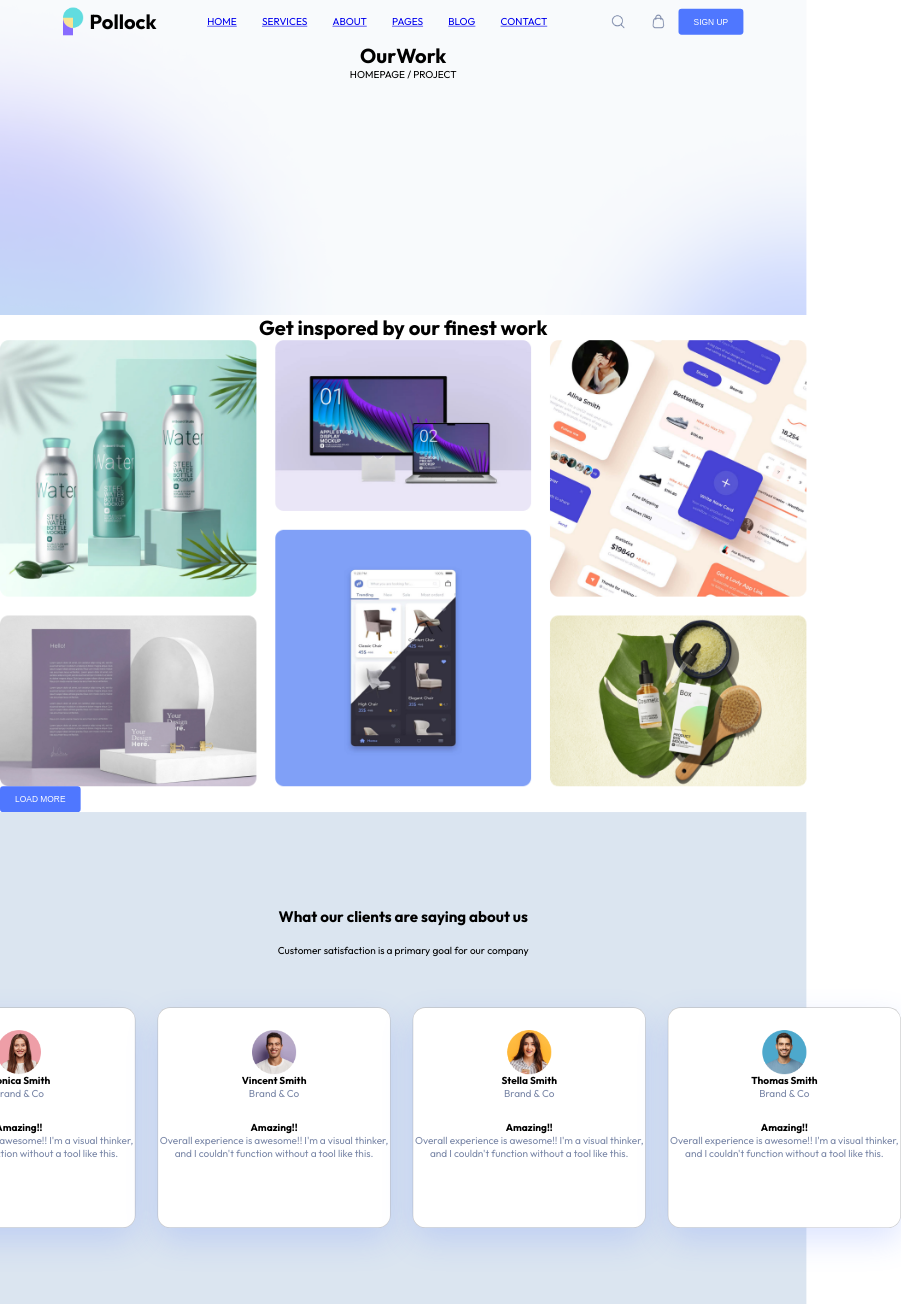
Repository: Nam936/exercises
Page: index.html
The author's editor kept a copy of each file at every save. The page is drawn from the files as they stood at one save, then again after the next save.
The browser window is 1280 px wide. The page is 1430 px wide, so the pictures cover 1430 px, including what lies to the right of the window. The pictures show the whole page, at 63% of full size.

Above is the page before, as saved 2022-12-30 14:41:51.

### index.html
<!DOCTYPE html>
<html lang="en">
<head>
    <meta charset="UTF-8">
    <meta http-equiv="X-UA-Compatible" content="IE=edge">
    <meta name="viewport" content="width=device-width, initial-scale=1.0">
    <title>Pollock</title>
    <link href="https://fonts.googleapis.com/css2?family=Outfit:wght@400;500;600;700&display=swap" rel="stylesheet">
    <link rel="stylesheet" href="style.css">
</head>
<body>
<div id="wrap">
    <div class="bg_header">
        <div class="container">
            <div class="header">
                <div class="menu_header">
                    <h1 class="logo">
                        <img src="/img/Frame_header.png" alt="logo">
                        <p class="txt_header">Pollock</p>
                    </h1>
                    <div class="lst_header">
                        <ul>
                            <li><a href="#">HOME</a></li>
                            <li><a href="#">SERVICES</a></li>
                            <li><a href="#">ABOUT</a></li>
                            <li><a href="#">PAGES</a></li>
                            <li><a href="#">BLOG</a></li>
                            <li><a href="#">CONTACT</a></li>
                        </ul>
                        </div>
                        <div class="icon_header">
                            <img class="search" src="/img/Iconex/Search_header.png" alt="">
                            <img class="cart" src="/img/Iconex/Bag_header.png" alt="">
                            <button>SIGN UP</button>
                        </div>
                    </div>
                </div>
                <div class="txt_ct">
                    <h1>OurWork</h1>
                    <p>HOMEPAGE / PROJECT</p>
                </div>
            </div>
        </div>
    </div>
    <div class="main">
        <div class="tit_main">
            <h1>Get inspored by our finest work</h1>
        </div>
            <div class="prod_main">
                <div class="prod_itm">
                    <img src="/img/main_img/1.png "alt="">
                    <img src="/img/main_img/2.png" alt="">
                </div>
                <div class="prod_itm">
                    <img src="/img/main_img/3.png" alt="">
                    <img src="/img/main_img/4.png" alt="">
                </div>
                <div class="prod_itm">
                    <img src="/img/main_img/5.png" alt="">
                    <img src="/img/main_img/6.png" alt="">
            </div>
        </div>
        <div class="button">
            <button>LOAD MORE</button>
        </div>



    <div class="member">
        <div class="head_mem">
            <div class="tit_mem">
                <h2>What our clients are saying about us</h2>
                <p>Customer satisfaction is a primary goal for our company</p>
            </div>
            <!-- <div class="scroll"></div> -->
        </div>
        <div class="slide">
            <div class="tag">
                <div class="tag_itm">
                    <div class="tag_avatar">
                        <div class="tag_cont">
                            <img src="/img/avatar/Avatar.png" alt="">
                            <div class="name_mem">
                                <span>Monica Smith</span>
                                <p>Brand & Co</p>
                            </div>
                        </div>
                    </div>
                    <div class="txt">
                        <strong class="tit">Amazing!!</strong>
                        <p>Overall experience is awesome!! I'm a visual thinker, and I couldn't function without a tool like this.</p>
                    </div>
                </div>
            </div>
            <div class="tag">
                <div class="itm">
                    <div class="tag_avatar">
                        <div class="tag_cont">
                            <img src="/img/avatar/Avatar2.png" alt="">
                            <div class="name_mem">
                                <span>Vincent Smith</span>
                                <p>Brand & Co</p>
                            </div>
                        </div>

                    </div>
                    <div class="txt">
                        <strong class="tit">Amazing!!</strong>
                        <p>Overall experience is awesome!! I'm a visual thinker, and I couldn't function without a tool like this.</p>
                    </div>
                </div>
            </div>
            <div class="tag">
                <div class="tag_itm">
                    <div class="tag_avatar">
                        <dv class="tag_cont">
                            <img src="/img/avatar/Avatar3.png" alt="">
                            <div class="name_mem">
                                <span>Stella Smith</span>
                                <p>Brand & Co</p>
                            </div>
                        </dv>
                    </div>
                    <div class="txt">
                        <strong class="tit">Amazing!!</strong>
                        <p>Overall experience is awesome!! I'm a visual thinker, and I couldn't function without a tool like this.</p>
                    </div>
                </div>
            </div>
            <div class="tag">
                <div class="tag_itm">
                    <div class="tag_avatar">
                        <div class="tag_cont">
                            <img src="/img/avatar/Avatar4.png" alt="">
                            <div class="name_mem">
                                <span>Thomas Smith</span>
                                <p>Brand & Co</p>
                            </div>
                        </div>
                    </div>
                    <div class="txt">
                        <strong class="tit">Amazing!!</strong>
                        <p>Overall experience is awesome!! I'm a visual thinker, and I couldn't function without a tool like this.</p>
                    </div>
                </div>
            </div>
        </div>
    </div>
    </div>

</div>
</body>
</html>

### style.css
* {
    margin: 0;
    padding: 0;
    box-sizing: border-box;
}
body{
    font-family: 'Outfit', sans-serif;
}

.bg_header{
    width: 100%;
    height: 500px;
    background-image: url(/img/Hero_background.png);
}
.container{
    max-width: 1170px;
    margin: 0px auto;
    padding: 0px 15px;
    width: 100%;
}
header{display: flex;}
.menu_header{display: flex;justify-content: space-around;align-items: center;}
.menu_header img{width: 32px; height: 44px;}
.logo {display: flex; align-items: center;}
.txt_header{padding-left: 10px;}
.lst_header ul{display: flex; list-style-type: none;}
.lst_header ul li{margin: 22px 20px;}

.icon_header{display: flex; align-items: center;}
.icon_header img{ width: 24px; height: 24px;}
.cart,.search{margin: 22px 20px;}
button{background-color:#4F77FF; border: 0px; border-radius: 5px; padding:13px 24px; color: #fff;}

.txt_ct{text-align: center;}


/* main_content */
.tit_main{text-align: center;}



/* .prod_main div{margin: 30px;} */

.prod_main{display:flex; gap: 30px;}
img{display: block; width: 100%;}
.prod_itm :first-child{margin-bottom: 30px;}

/* member style */
.member{background:#dbe5f0; width: 100%; height: 781px;}
.head_mem{margin-bottom: 80px;}
.tit_mem{text-align: center; padding-top: 120px;}
h2{margin: 30px;}

/*      */
.slide{display: grid; grid-template-columns: 375px 375px 375px 375px ; justify-content: center; gap: 30px;}
.tag{width: 370px; height: 350px; border: 1px solid rgba(0,0,0,0.2); border-radius: 20px; background: #fff;box-shadow: 0px 20px 50px rgba(79, 119, 255, 0.2); }
.tag_avatar img{ width: 70px; height: 70px; margin: auto;}
.tag_avatar{padding: 35px; text-align: center;}
.name_mem p{color: #7B88A8;}
.name_mem span{font-weight: bold;}
.txt{ text-align: center;}
.txt p{color: #7B88A8;}

After the next save:
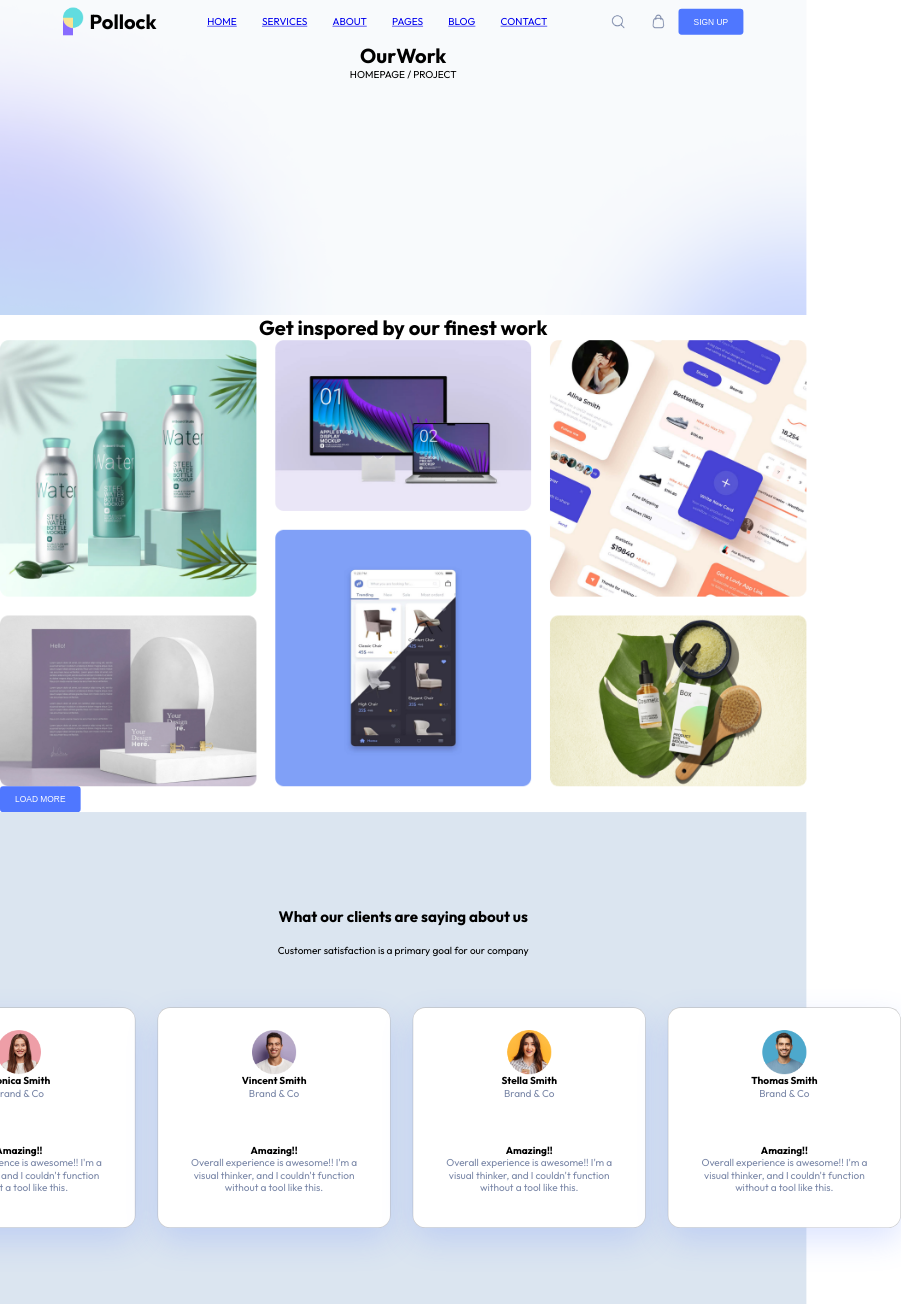
Saved 111 s later.
--- a/style.css
+++ b/style.css
@@ -58,5 +58,5 @@ h2{margin: 30px;}
 .tag_avatar{padding: 35px; text-align: center;}
 .name_mem p{color: #7B88A8;}
 .name_mem span{font-weight: bold;}
-.txt{ text-align: center;}
+.txt{ text-align: center; padding: 35px;}
 .txt p{color: #7B88A8;}
